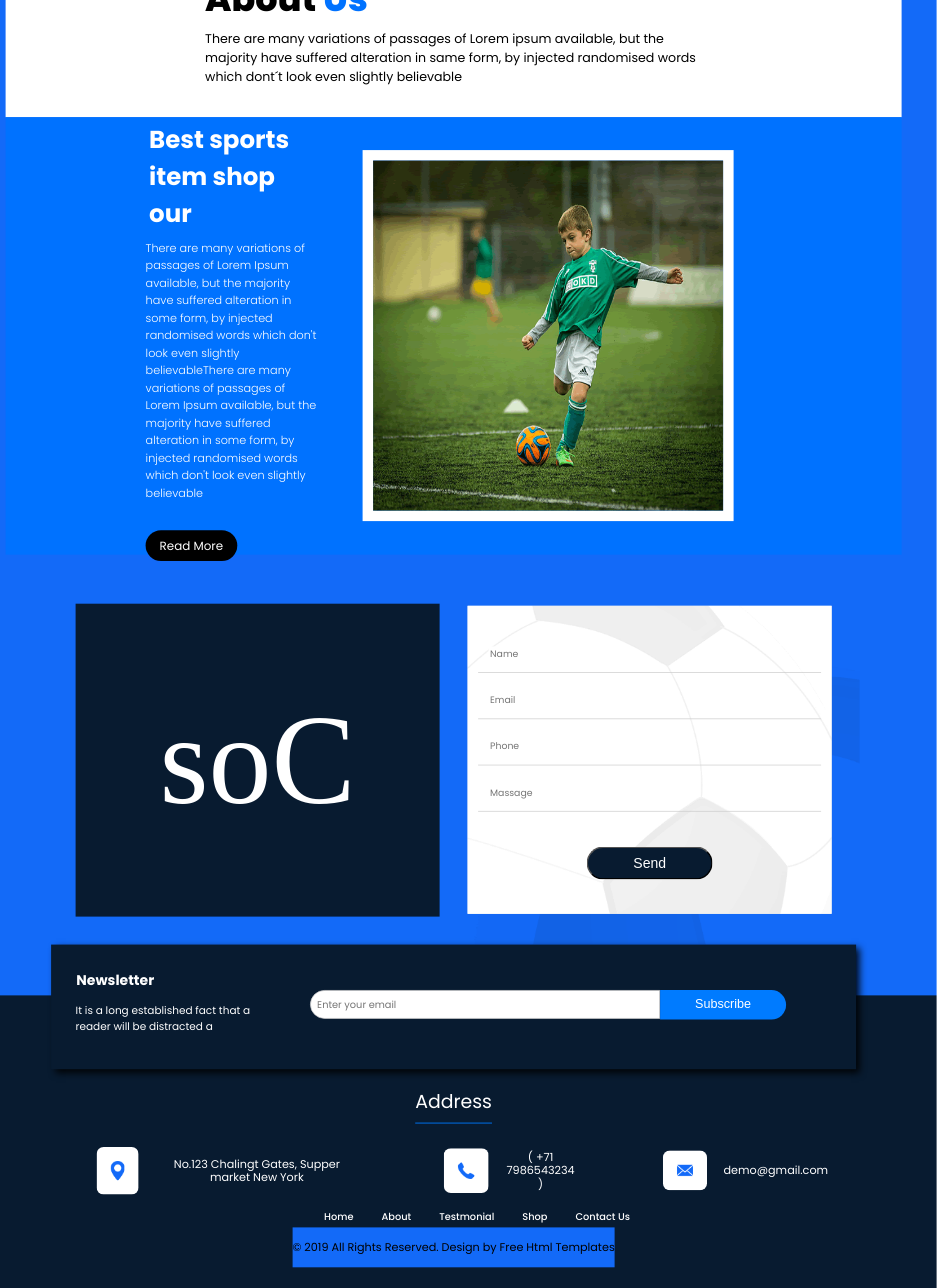
Repository: Vinicius9922/Projeto-Web
Page: index.html
The author's editor kept a copy of each file at every save. The page is drawn from the files as they stood at one save, then again after the next save.
The browser window is 1280 px wide. The page is 1338 px wide, so the pictures cover 1338 px, including what lies to the right of the window. The pictures show the part of the page from y = 1959 to 3799 px (the page is 3799 px tall), at 70% of full size.

Above is the page before, as saved 2024-12-13 20:12:29.

After the next save:
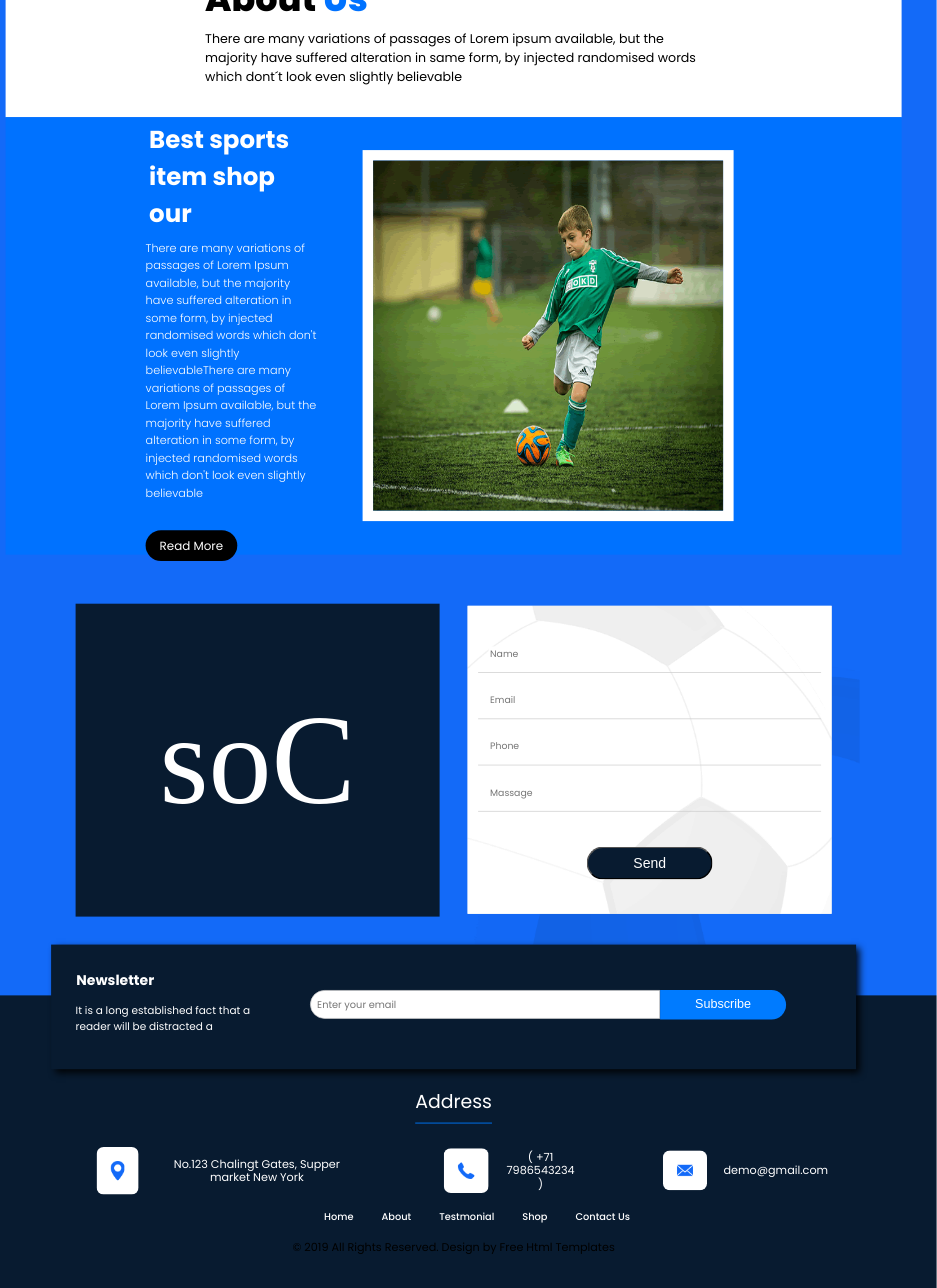
Saved 11 s later.
--- a/index.css
+++ b/index.css
@@ -466,5 +466,5 @@
     text-decoration:none;
 }
 .last-info{
-    background-color:#136af8;
-}
+    /* background-color:#136af8; */
+}

After the 2 saves that followed:
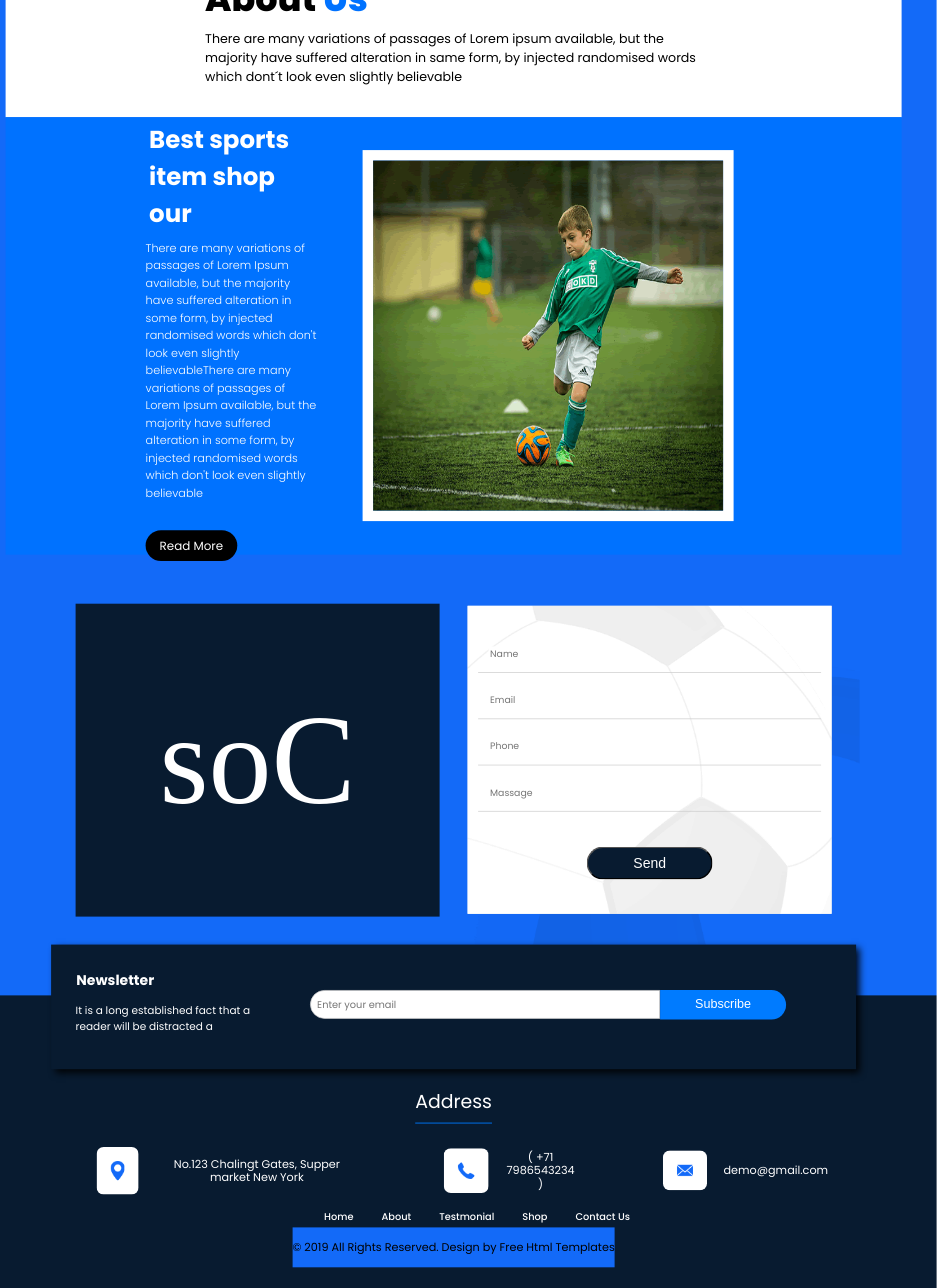
The 2 saves are shown as one change because they came seconds apart.
The last was saved 5 s later.
--- a/index.css
+++ b/index.css
@@ -466,5 +466,6 @@
     text-decoration:none;
 }
 .last-info{
-    /* background-color:#136af8; */
-}
+    background-color:#136af8;
+
+}
